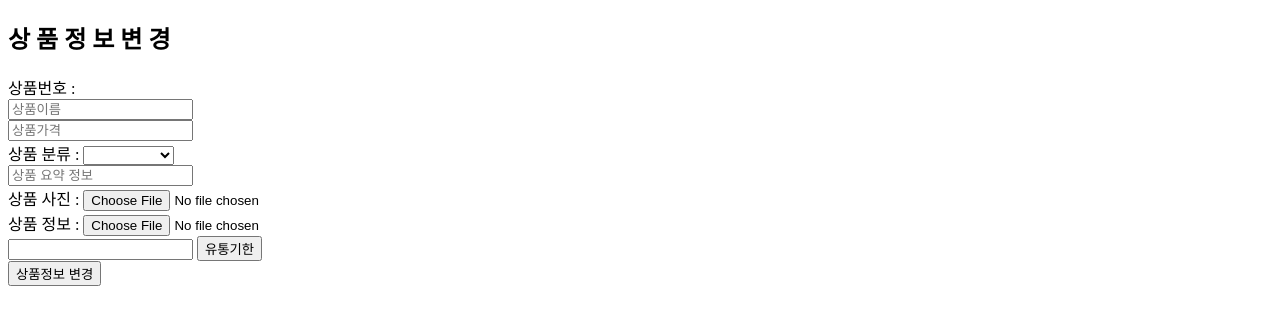
Repository: fellownew/project_workspace
Page: http://localhost/shoppingmall/WEB-INF/view/body/product/product_modify_form.jsp
The author's editor kept a copy of each file at every save. The page is drawn from the files as they stood at one save, then again after the next save.
The browser window is 1280 px wide. The pictures show the whole page.
The page is served by Tomcat 9. Nobody is signed in. Other server files are loaded and not shown. The template is opened directly, without the code that normally fills it, so the values that code supplies are empty.

Above is the page before, as saved 2015-06-15 01:05:07.

### shoppingmall/WebContent/WEB-INF/view/body/product/product_modify_form.jsp
<%@ page contentType="text/html;charset=UTF-8"%>
<!DOCTYPE html>
<script type="text/javascript" src="${initParam.rootPath }/script/jquery.js"></script>
<script type="text/javascript" src="${initParam.rootPath }/script/date_picker.js"></script>
<script type="text/javascript">
var flag = true;
	$(document).ready(function(){
		$("#modifyBtn").on("click",function(){
			if($("#productId").val()==''  ||
					$("#productPrice").val()==''  ||
					$("#productInfo").val()==''  ||
					$("#expDate").val()=='' ){
					alert("입력정보를 확인하세요");
					return false;
				}
			if(!flag){
				alert("이미지 파일을 확인해주세요");
				return false;
			}
		});

		$("#upfile").on("change",function(){
			var path = $(this).val() ;
			var leng = path.length;
			var txt = path.substr(leng-3,3).toLowerCase() ;
			flag = true;
			if(txt != "jpg" && txt != "peg" && txt != "png" && txt != "gif" && txt != "bmp"){
				alert("jpg, jpeg, png, gif 파일만 등록 가능합니다.");
				flag = false;
			}
		});

		$("#infoUpfile").on("change",function(){
			var path = $(this).val();
			var leng = path.length;
			var txt = path.substr(leng-3,3).toLoserCase();
			flag = true;
			if((txt != "jpg") && (txt != "peg") && (txt != "png") && (txt != "gif") && (txt != "bmp")){
				alert("jpg, jpeg, png, gif 파일만 등록 가능합니다.");
				flag = false;
			}
		});

		$("#default").text(($("#"+$("#default").attr("value")).text()));

	});

</script>
<style>
<!--

-->

#modify_form input[type="text"], #modify_form input[type="number"]{
	width: 220;
}
</style>

<div id="modify_form">
<h2> 상 품 정 보 변 경 </h2>
	상품번호 : ${requestScope.product.productId }
	<form action="${initParam.rootPath}/auth/modifyProduct.do" method="POST" enctype="multipart/form-data">
		<input type="text" id="productName" name="productName" placeholder="상품이름" value="${requestScope.product.productName }" required="required"/><br>
		<input type="number" id="productPrice" name="productPrice" placeholder="상품가격" value="${requestScope.product.productPrice }" required="required"/><br>
		상품 분류 :
		<select name="category" id="category">
			<option id="default" value="${requestScope.product.category }" selected="selected" disabled="disabled"></option>
			<option id="food" value="food">농/수/축산물</option>
			<option id ="fruit" value="fruit">과일/채소</option>
			<option id ="health" value="health">건강식품</option>
			<option id ="snack" value="snack">간식</option>
		</select><br>
		<input type="text" id="productInfo" name="productInfo" placeholder="상품 요약 정보" required="required" value="${requestScope.product.productInfo }"><br>
		상품 사진 : <input type="file" id="upfile" name="upfile"/><br>
		상품 정보 : <input type="file" id="infoUpfile" name="infoUpfile"/><br>
		<input type="text" id="expDate" name="expDate" required="required" value="${requestScope.product.expDate }">
		<input type="button" value="유통기한" onClick="datePicker(event,'expDate')"><br>
		<input type="hidden" name="productId" value="${requestScope.product.productId }"/>
		<input type="hidden" name="SellerId" value="${sessionScope.loginInfo.sellerId }"/>
		<input type="submit" id="modifyBtn" value="상품정보 변경">
	</form>

</div>

### shoppingmall/WebContent/script/date_picker.js
// Calendar Script
// Licence : GPL (http://www.gnu.org/licenses/licenses.html#GPL)
// Update & Download  : http://www.ziwoo.net/zb/view.php?boardid=zb_ziwoo_javascript&uid=129
// This page was last modified on 2011.12.15 (Since 2010.04.11)

//ex1 : datePicker(event, 'targetFieldName');
//ex2 : datePicker(event, 'targetFieldName', 2);
//세번째 인자는 날짜를 입력할 타겟의 필드명이 복수인 경우를 위한 배열키.(기본값:0)

function datePicker(e, elm) {
	currentElement = (arguments[2])?document.getElementsByName(elm)[arguments[2]]:document.getElementsByName(elm)[0];
	var event = e || window.event;

	if(document.getElementById('currentDiv')) {
		document.getElementById("currentDiv").parentNode.removeChild(document.getElementById("currentDiv"));
	}

	if(arguments[0]){
		var eventX = event.clientX;
		var eventY = event.clientY;
		if(eventX>document.body.offsetWidth-182-40) eventX = document.body.offsetWidth-182-40;
		if(eventY>document.body.offsetHeight-158-40) eventY = document.body.offsetHeight-158-40;
		var calDivObj = document.createElement("div");
		calDivObj.setAttribute("id","currentDiv");
		calDivObj.style.width = '182px';
		calDivObj.style.height = '158px';
		calDivObj.style.border = "1px solid #D0D0D0";
		calDivObj.style.position = "absolute";
		calDivObj.style.top = eventY+document.body.scrollTop+10+'px';
		calDivObj.style.left = eventX+10+'px';
		calDivObj.style.zIndex = 100000;
		document.body.appendChild(calDivObj);
		fBuildHtml();
	}
}

function fBuildHtml() {
	var currentDate = new Date();
	var igYear = currentDate.getFullYear();
	var igMonth = currentDate.getMonth() + 1;
	var gMonths = new Array("1","2","3","4","5","6","7","8","9","10","11","12");
	var calHtml = "<table border='0' bgcolor='#C0C0C0'>";
	calHtml += "<tr style='font-size:9pt'>";
	calHtml += "<td valign='middle' align='center'>";
	calHtml += "<input type='button' name='PrevMonth' value='<' style='height:20px; width:20px; font:9pt Fixedsys;' onClick='fPrevMonth()'>";
	calHtml += " <select name='tbSelYear' style='font-size:9pt' onChange='fUpdateCal(tbSelYear.value, tbSelMonth.value)'>";
	for(i=1970;i<2030;i++) calHtml += "<OPTION value='"+i+"'>"+i+"</OPTION>";
	calHtml += "</select>";
	calHtml += " <select name='tbSelMonth' style='font-size:9pt' onChange='fUpdateCal(tbSelYear.value, tbSelMonth.value)'>";
	for (i=0; i<12; i++) calHtml += "<option value='"+(i+1)+"'>"+gMonths[i]+"</option>";
	calHtml += "</select>";
	calHtml += " <input type='button' name='PrevMonth' value='>' style='height:20px; width:20px; font:9pt Fixedsys;' onclick='fNextMonth()'>";
	calHtml += "</td>";
	calHtml += "</tr><tr>";
	calHtml += "<td align='center'>";
	calHtml += "<DIV><table width='100%' border='0' cellspacing='1' cellpadding='2'>";
	calHtml += fDrawCal(igYear,igMonth);
	calHtml += "</table></DIV>";
	calHtml += "</td>";
	calHtml += "</tr>";
	calHtml += "</td></tr>";
	calHtml += "</table>";

	document.getElementById('currentDiv').innerHTML = calHtml;
	fSetYearMon(igYear,igMonth);
}

function fDrawCal(iYear, iMonth) {
	var WeekDay = new Array("Sun","Mon","Tue","Wed","Thu","Fri","Sat");
	var calHtml = "<tr>";
	for(i=0; i<7; i++) calHtml += "<td bgcolor='White' width='20' valign='middle' align='center' style='font:bold 10px Tahoma; color:#C0C0C0;'>" + WeekDay[i] + "</td>";
	calHtml += "</tr>";
	var i = 0;
	for (w = 1; w < 7; w++) {
		calHtml += "<tr>";
		for (d = 0; d < 7; d++) {
			if(w==6 && d==6){
				calHtml += "<td bgcolor='#C0C0C0' width='20' valign='middle' align='center' style='padding:1px 0 0 3px; cursor:pointer;' onClick='datePicker()'>";
				calHtml += "<font color='White' face='Tahoma'>X</font>";
				calHtml += "</td>";
			}else{
				calHtml += "<td bgcolor='White' width='20' valign='middle' align='center' style='font:bold 10px Tahoma; cursor:pointer;' onMouseOver=\"this.bgColor='Pink'\" onMouseOut=\"this.bgColor='White'\" onClick='fSetSelected(this)'>";
				calHtml += "<font id='cellText_"+i+"'></font>";
				calHtml += "</td>";
			}
			i++;
		}
		calHtml += "</tr>";
	}
	return calHtml;
}

function fSetYearMon(iYear, iMon){
	var tbSelYear = document.getElementsByName('tbSelYear')[0];
	var tbSelMonth = document.getElementsByName('tbSelMonth')[0];
	tbSelMonth.options[iMon-1].selected = true;
	for (i = 0; i < tbSelYear.length; i++) if (tbSelYear.options[i].value == iYear) tbSelYear.options[i].selected = true;
	fUpdateCal(iYear, iMon);
}

function fPrevMonth(){
	var iMon = document.getElementsByName('tbSelMonth')[0].value;
	var iYear = document.getElementsByName('tbSelYear')[0].value;
	if (--iMon<1) {
		iMon = 12;
		iYear--;
	}
	fSetYearMon(iYear, iMon);
}

function fNextMonth(){
	var iMon = document.getElementsByName('tbSelMonth')[0].value;
	var iYear = document.getElementsByName('tbSelYear')[0].value;
	if (++iMon>12) {
		iMon = 1;
		iYear++;
	}
	fSetYearMon(iYear, iMon);
}

function fUpdateCal(iYear, iMonth) {
	myMonth = fBuildCal(iYear, iMonth);
	var currentDate = new Date();
	var igYear = currentDate.getFullYear();
	var igMonth = currentDate.getMonth() + 1;
	var igDate = currentDate.getDate();
	var i = 0;
	for (w = 0; w < 6; w++) for (d = 0; d < 7; d++) if(w!=5 || d!=6) {
		with (document.getElementById('cellText_'+parseInt((7*w)+d))) {
			if (myMonth[w+1][d]<0) {
				color = "#808080";
				innerHTML = -myMonth[w+1][d];
			}else{
				if(d==0) color = "red";
				else if(d==6) color = "blue";
				else color = "black";
				innerHTML = myMonth[w+1][d];
				if(iYear==igYear && iMonth==igMonth && innerHTML==igDate){
					parentNode.style.backgroundColor='#D8FF00';
				}else{
					parentNode.style.backgroundColor='';
				}
			}
		}
	}
}

function fBuildCal(iYear, iMonth) {
	var aMonth=new Array();
	for(i=1;i<7;i++) aMonth[i]=new Array(i);
	var dCalDate=new Date(iYear, iMonth-1, 1);
	var iDayOfFirst=dCalDate.getDay();
	var iDaysInMonth=new Date(iYear, iMonth, 0).getDate();
	var iOffsetLast=new Date(iYear, iMonth-1, 0).getDate()-iDayOfFirst+1;
	var iDate = 1;
	var iNext = 1;
	for (d = 0; d < 7; d++) aMonth[1][d] = (d<iDayOfFirst)?-(iOffsetLast+d):iDate++;
	for (w = 2; w < 7; w++) for (d = 0; d < 7; d++) if(w!=6 || d!=6) aMonth[w][d] = (iDate<=iDaysInMonth)?iDate++:-(iNext++);
	return aMonth;
}

function fSetSelected(aCell){
	var tbSelYear = document.getElementsByName('tbSelYear')[0];
	var tbSelMonth = document.getElementsByName('tbSelMonth')[0];
	var iOffset = 0;
	var iYear = parseInt(tbSelYear.value);
	var iMonth = parseInt(tbSelMonth.value);
	with (aCell.firstChild){
		var iDay = parseInt(innerHTML);
		if(aCell.parentNode.rowIndex<2 && iDay>15) iMonth--;
		if(aCell.parentNode.rowIndex>4 && iDay<15) iMonth++;
		if (iMonth<1) {
			iYear--;
			iMonth = 12;
		}else if (iMonth>12){
			iYear++;
			iMonth = 1;
		}
	}
	currentElement.value = iYear+"-"+(parseInt(iMonth+100).toString().substring(1,3))+"-"+(parseInt(iDay+100)).toString().substring(1,3);
	document.getElementById("currentDiv").parentNode.removeChild(document.getElementById("currentDiv"));
}

Loaded but not shown: shoppingmall/WebContent/script/jquery.js (library)

After the next save:
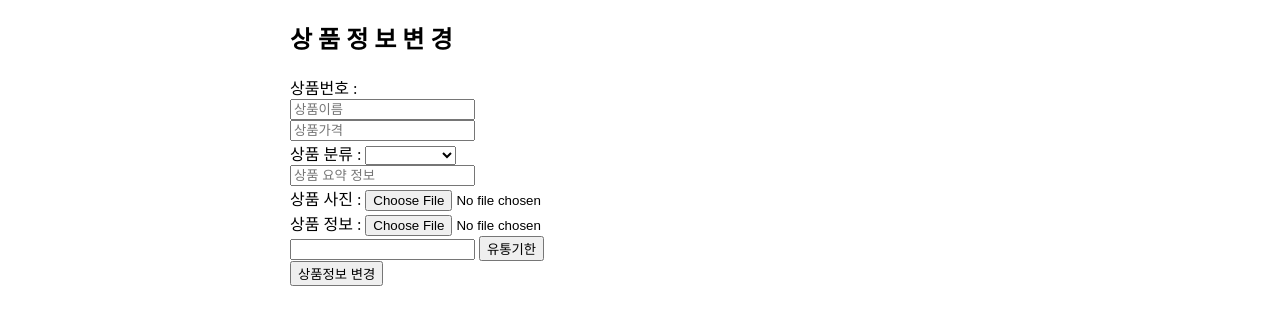
Saved 8 min 40 s later.
--- a/shoppingmall/WebContent/WEB-INF/view/body/product/product_modify_form.jsp
+++ b/shoppingmall/WebContent/WEB-INF/view/body/product/product_modify_form.jsp
@@ -47,17 +47,15 @@ var flag = true;
 
 </script>
 <style>
-<!--
-
--->
 
 #modify_form input[type="text"], #modify_form input[type="number"]{
 	width: 220;
 }
 </style>
 
-<div id="modify_form">
+<div style="width: 700px;margin:0 auto">
 <h2> 상 품 정 보 변 경 </h2>
+	<div id="modify_form">
 	상품번호 : ${requestScope.product.productId }
 	<form action="${initParam.rootPath}/auth/modifyProduct.do" method="POST" enctype="multipart/form-data">
 		<input type="text" id="productName" name="productName" placeholder="상품이름" value="${requestScope.product.productName }" required="required"/><br>
@@ -79,5 +77,5 @@ var flag = true;
 		<input type="hidden" name="SellerId" value="${sessionScope.loginInfo.sellerId }"/>
 		<input type="submit" id="modifyBtn" value="상품정보 변경">
 	</form>
-
+	</div>
 </div>
